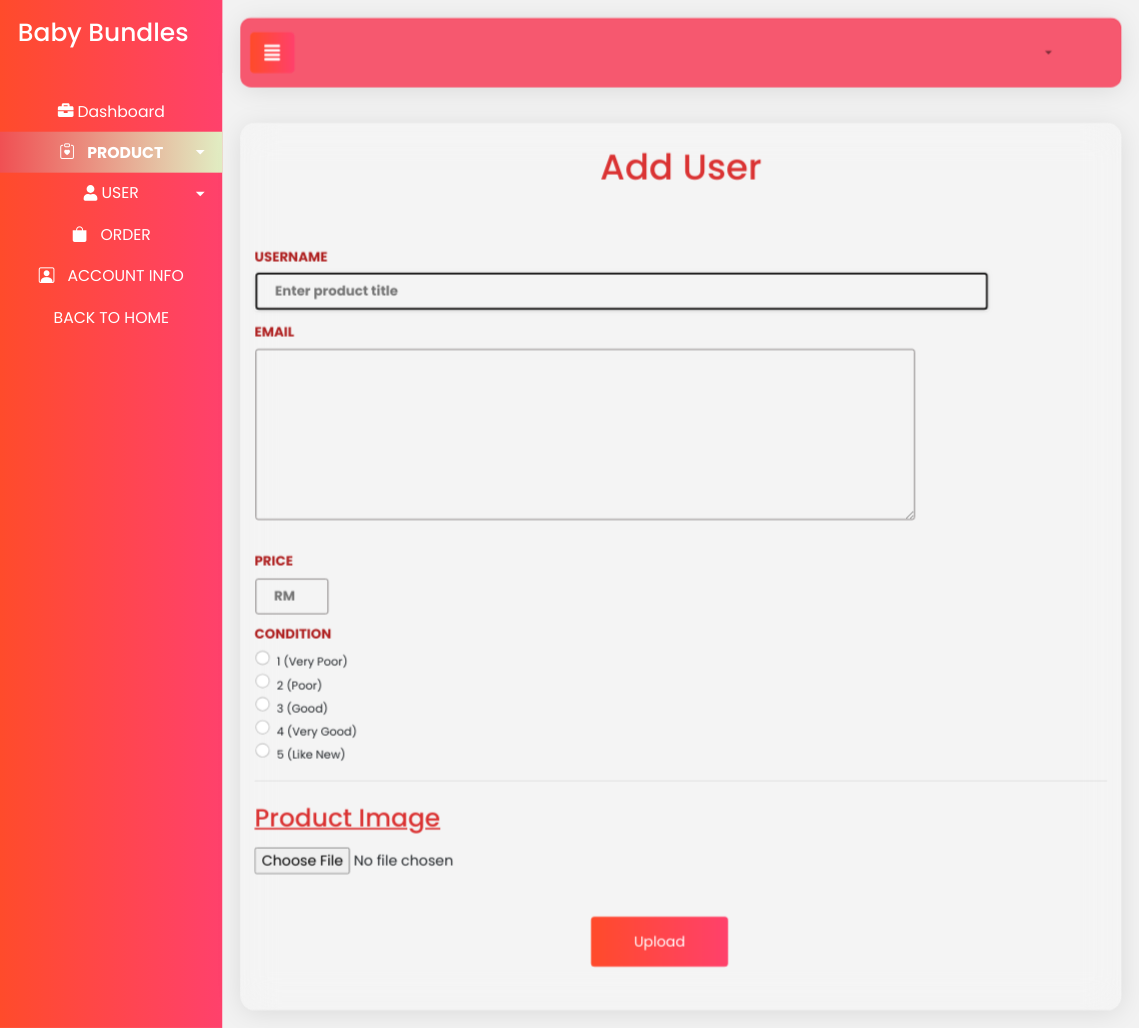
Repository: jiahow99/Baby-Bundles-University
Page: http://localhost/admin-adduser.php
The author's editor kept a copy of each file at every save. The page is drawn from the files as they stood at one save, then again after the next save.
The browser window is 1280 px wide. The pictures show the whole page, at 89% of full size.
Some web libraries are served in a nearby version. The page is run by PHP 8.4 with error messages shown; the project is at /var/www/html/.

Above is the page before, as saved 2022-11-25 00:27:23.

### admin-adduser.php
<!DOCTYPE html>
<html>

<head>
    <meta charset="utf-8">
    <meta name="viewport" content="width=device-width, initial-scale=1.0">
    <meta http-equiv="X-UA-Compatible" content="IE=edge">

    <title>Admin-Product</title>

    <!-- Bootstrap CSS CDN -->
    <link rel="stylesheet" href="https://stackpath.bootstrapcdn.com/bootstrap/4.1.0/css/bootstrap.min.css" integrity="sha384-9gVQ4dYFwwWSjIDZnLEWnxCjeSWFphJiwGPXr1jddIhOegiu1FwO5qRGvFXOdJZ4" crossorigin="anonymous">
    <!-- Our Custom CSS -->
    <link rel="stylesheet" href="css/admin.style.css">

    <!-- Font Awesome JS -->
    <script defer src="https://use.fontawesome.com/releases/v5.0.13/js/solid.js" integrity="sha384-tzzSw1/Vo+0N5UhStP3bvwWPq+uvzCMfrN1fEFe+xBmv1C/AtVX5K0uZtmcHitFZ" crossorigin="anonymous"></script>
    <script defer src="https://use.fontawesome.com/releases/v5.0.13/js/fontawesome.js" integrity="sha384-6OIrr52G08NpOFSZdxxz1xdNSndlD4vdcf/q2myIUVO0VsqaGHJsB0RaBE01VTOY" crossorigin="anonymous"></script>
    <!-- Bootstrap Icon -->
    <link rel="stylesheet" href="https://cdn.jsdelivr.net/npm/bootstrap-icons@1.3.0/font/bootstrap-icons.css">
    <!-- JQuery -->
    <script src="https://code.jquery.com/jquery-3.5.1.min.js"></script>
    <!-- Bootstrap Icon -->
    <link rel="stylesheet" href="https://cdn.jsdelivr.net/npm/bootstrap-icons@1.9.1/font/bootstrap-icons.css" integrity="sha384-xeJqLiuOvjUBq3iGOjvSQSIlwrpqjSHXpduPd6rQpuiM3f5/ijby8pCsnbu5S81n" crossorigin="anonymous">
    <!-- JavaScript Bundle with Popper -->
    <script src="https://cdn.jsdelivr.net/npm/bootstrap@5.2.3/dist/js/bootstrap.bundle.min.js" integrity="sha384-kenU1KFdBIe4zVF0s0G1M5b4hcpxyD9F7jL+jjXkk+Q2h455rYXK/7HAuoJl+0I4" crossorigin="anonymous"></script>
    <link href="http://cdnjs.cloudflare.com/ajax/libs/font-awesome/4.3.0/css/font-awesome.css" rel="stylesheet"  type='text/css'>


</head>

<body>

    <div class="wrapper">
        <!-- Sidebar  -->
        <?php require 'admin-sidebar.php' ?>

        <!-- Page Content  -->
        <div id="content" style="background-color:#F2F2F2">
            <?php require 'admin-topnavbar.php' ?>

            <form class="container glass" id="edit-product">
                <div class="row justify-content-center mt-4 mb-3">
                   <h1 style="color:#da3333">Add User</h1>
                </div>
                <div class="row mt-5">
                    <label for="" class="name text-uppercase col-12">Username</label>
                    <input class="input--style-6 col-10 ml-3" type="text" name="title" placeholder="Enter product title" required autofocus>
                </div>

                <div class="row mb-4">
                    <label for="" class="name text-uppercase col-12">Email</label>
                    <textarea name="description" class="textarea--style-6 ml-3 col-9" id="" rows="5"></textarea>
                </div>

                <div class="row">
                    <label for="" class="name text-uppercase col-12">Price</label>
                    <input class="input--style-6 col-1 ml-3" type="text" name="title" placeholder="RM" required>
                </div>

                <div class="row">
                            <!-- Product Condition -->
                            <label for="" class="name text-uppercase col-12">Condition</label>
                                <div class="value ml-3">
                                    <div class="form-check form-check-inline">
                                        <input class="form-check-input" type="radio" name="condition" id="inlineRadio1" value="1">
                                        <label class="form-check-label small" for="inlineRadio1">1 (Very Poor)</label>
                                    </div>
                                    <div class="form-check form-check-inline">
                                        <input class="form-check-input" type="radio" name="condition" id="inlineRadio2" value="2">
                                        <label class="form-check-label small" for="inlineRadio2">2 (Poor)</label>
                                    </div>
                                    <div class="form-check form-check-inline">
                                        <input class="form-check-input" type="radio" name="condition" id="inlineRadio3" value="3">
                                        <label class="form-check-label small" for="inlineRadio3">3 (Good)</label>
                                    </div>
                                    <div class="form-check form-check-inline">
                                        <input class="form-check-input" type="radio" name="condition" id="inlineRadio4" value="4">
                                        <label class="form-check-label small" for="inlineRadio4">4 (Very Good)</label>
                                    </div>
                                    <div class="form-check form-check-inline">
                                        <input class="form-check-input" type="radio" name="condition" id="inlineRadio5" value="5">
                                        <label class="form-check-label small" for="inlineRadio5">5 (Like New)</label>
                                    </div>
                            </div>
                        </div>


                <hr>

                <h3 style="color:#da3333;text-decoration: underline;" class="mb-3 mt-4">Product Image</h3>
                <input type="file" name="image" id="">

                <div class="row justify-content-center my-5 ">
                    <button class="btn btn-primary px-5 py-3 mr-5" type="submit">Upload</button>
                </div>

            </form>
    </div>

    <!-- Popper.JS -->
    <script src="https://cdnjs.cloudflare.com/ajax/libs/popper.js/1.14.0/umd/popper.min.js" integrity="sha384-cs/chFZiN24E4KMATLdqdvsezGxaGsi4hLGOzlXwp5UZB1LY//20VyM2taTB4QvJ" crossorigin="anonymous"></script>
    <!-- Bootstrap JS -->
    <script src="https://stackpath.bootstrapcdn.com/bootstrap/4.1.0/js/bootstrap.min.js" integrity="sha384-uefMccjFJAIv6A+rW+L4AHf99KvxDjWSu1z9VI8SKNVmz4sk7buKt/6v9KI65qnm" crossorigin="anonymous"></script>

    <script type="text/javascript">
        $(document).ready(function () {
            $('#sidebarCollapse').on('click', function () {
                $('#sidebar').toggleClass('active');
                $('#dashboardlabel').toggleClass('d-none');
                $('#userlabel').toggleClass('d-none');
                $('#productlabel').toggleClass('d-none');
                $('#orderlabel').toggleClass('d-none');
                $('#accountlabel').toggleClass('d-none');
                $('#logoutlabel').toggleClass('d-none');
            });
        });
    </script>
</body>

</html>

### admin-topnavbar.php
<nav class="navbar navbar-expand-lg navbar-light bg-admin">
    <div class="container-fluid pl-0">

        <button type="button" id="sidebarCollapse" class="btn-lg btn-primary">
            <i class="fas fa-align-justify"></i>
            <!-- <span>Toggle Sidebar</span> -->
        </button>
        <button class="btn btn-dark d-inline-block d-lg-none ml-auto" type="button" data-toggle="collapse" data-target="#navbarSupportedContent" aria-controls="navbarSupportedContent" aria-expanded="false" aria-label="Toggle navigation">
            <i class="fas fa-align-justify"></i>
        </button>

        <div class="collapse navbar-collapse" id="navbarSupportedContent">
            <ul class="nav navbar-nav ml-auto">
                <li class="nav-item dropdown mx-lg-3 col-2 col-lg-1" >
                    <a href="#" class="nav-link dropdown-toggle user-account text-black" id="userDropdownMenuLink" data-bs-toggle="dropdown" aria-haspopup="true" aria-expanded="false">
                    <?php
                    // Username
                    if(isset($_COOKIE['username'])){
                        echo $_COOKIE['username'];
                    }
                    ?>
                    </a>
                    <div class="dropdown-menu text-sm " aria-labelledby="userDropdownMenuLink">
                        <a href="account-info.php" class="dropdown-item">Account</a>
                        <a href="index.php" class="dropdown-item">Back to home</a>
                        <a href="logout.php" class="dropdown-item">Logout</a>
                    </div>
                </li>
            </ul>
        </div>
    </div>
</nav>

### css/admin.style.css
/*
    DEMO STYLE
*/

@import "https://fonts.googleapis.com/css?family=Poppins:300,400,500,600,700";

body {
    font-family: 'Poppins', sans-serif;
    background: #fafafa;
}

p {
    font-family: 'Poppins', sans-serif;
    font-size: 1.1em;
    font-weight: 300;
    line-height: 1.7em;
    color: #999;
}

a,
a:hover,
a:focus {
    color: inherit;
    text-decoration: none;
    transition: all 0.3s;
}

.navbar {
    padding: 15px 10px;
    background: #fff;
    border: none;
    border-radius: 0;
    margin-bottom: 40px;
    box-shadow: 1px 1px 3px rgba(0, 0, 0, 0.1);
}

.navbar-btn {
    box-shadow: none;
    outline: none !important;
    border: none;
}

.line {
    width: 100%;
    height: 1px;
    border-bottom: 1px dashed #ddd;
    margin: 40px 0;
}

i,
span {
    display: inline-block;
}

/* ---------------------------------------------------
    SIDEBAR STYLE
----------------------------------------------------- */

.wrapper {
    display: flex;
    align-items: stretch;
}

#sidebar {
    min-width: 250px;
    max-width: 250px;
    background: #FF416C;  /* fallback for old browsers */
    background: -webkit-linear-gradient(to right, #FF4B2B, #FF416C);  /* Chrome 10-25, Safari 5.1-6 */
    background: linear-gradient(to right, #FF4B2B, #FF416C); /* W3C, IE 10+/ Edge, Firefox 16+, Chrome 26+, Opera 12+, Safari 7+ */
    color: #fff;
    transition: all 0.3s;
}

#sidebar.active {
    min-width: 80px;
    max-width: 80px;
    text-align: center;
}

#sidebar.active .sidebar-header h3,
#sidebar.active .CTAs {
    display: none;
}

#sidebar.active .sidebar-header strong {
    display: block;
}

#sidebar ul li a {
    text-align: left;
}

#sidebar.active ul li a {
    padding: 20px 10px;
    text-align: center;
    font-size: 0.85em;
}

#sidebar.active ul li a i {
    margin-right: 0;
    display: block;
    font-size: 1.8em;
    margin-bottom: 5px;
}

#sidebar.active ul ul a {
    padding: 10px !important;
}

#sidebar.active .dropdown-toggle::after {
    top: auto;
    bottom: 10px;
    right: 50%;
    -webkit-transform: translateX(50%);
    -ms-transform: translateX(50%);
    transform: translateX(50%);
}

#sidebar .sidebar-header {
    padding: 20px;
    background: #FF416C;  /* fallback for old browsers */
    background: -webkit-linear-gradient(to right, #FF4B2B, #FF416C);  /* Chrome 10-25, Safari 5.1-6 */
    background: linear-gradient(to right, #FF4B2B, #FF416C); /* W3C, IE 10+/ Edge, Firefox 16+, Chrome 26+, Opera 12+, Safari 7+ */
}

#sidebar .sidebar-header strong {
    display: none;
    font-size: 1.8em;
}

#sidebar ul.components {
    padding: 20px 0;
}

#sidebar ul li a {
    padding: 10px;
    font-size: 1.1em;
    display: block;
    text-align: center;
}

#sidebar ul li a:hover {
    color: #dc1522;
    background: #fff;
    font-weight: bolder;
}

#sidebar ul li a i {
    margin-right: 10px;
}

#sidebar ul li.active>a,
a[aria-expanded="true"] {
    color: #fff;
    background: #e1eec3;  /* fallback for old browsers */
    background: -webkit-linear-gradient(to right, #f05053, #e1eec3);  /* Chrome 10-25, Safari 5.1-6 */
    background: linear-gradient(to right, #f05053, #e1eec3); /* W3C, IE 10+/ Edge, Firefox 16+, Chrome 26+, Opera 12+, Safari 7+ */
    font-weight: bolder;
}

a[data-toggle="collapse"] {
    position: relative;
}

.dropdown-toggle::after {
    display: block;
    position: absolute;
    top: 50%;
    right: 20px;
    transform: translateY(-50%);
}

ul ul a {
    font-size: 0.9em !important;
    padding-left: 30px !important;
    background: #6d7fcc;
}

ul.CTAs {
    padding: 20px;
}

ul.CTAs a {
    text-align: center;
    font-size: 0.9em !important;
    display: block;
    border-radius: 5px;
    margin-bottom: 5px;
}

a.download {
    background: #fff;
    color: #7386D5;
}

a.article,
a.article:hover {
    background: #6d7fcc !important;
    color: #fff !important;
}

/* ---------------------------------------------------
    CONTENT STYLE
----------------------------------------------------- */

#content {
    width: 100%;
    padding: 20px;
    min-height: 100vh;
    transition: all 0.3s;
}

/* ---------------------------------------------------
    MEDIAQUERIES
----------------------------------------------------- */

@media (max-width: 768px) {
    #sidebar {
        min-width: 80px;
        max-width: 80px;
        text-align: center;
        margin-left: -80px !important;
    }
    .dropdown-toggle::after {
        top: auto;
        bottom: 10px;
        right: 50%;
        -webkit-transform: translateX(50%);
        -ms-transform: translateX(50%);
        transform: translateX(50%);
    }
    #sidebar.active {
        margin-left: 0 !important;
    }
    #sidebar .sidebar-header h3,
    #sidebar .CTAs {
        display: none;
    }
    #sidebar .sidebar-header strong {
        display: block;
    }
    #sidebar ul li a {
        padding: 20px 10px;
    }
    #sidebar ul li a span {
        font-size: 0.85em;
    }
    #sidebar ul li a i {
        margin-right: 0;
        display: block;
    }
    #sidebar ul ul a {
        padding: 10px !important;
    }
    #sidebar ul li a i {
        font-size: 1.3em;
    }
    #sidebar {
        margin-left: 0;
    }
    #sidebarCollapse span {
        display: none;
    }
}

#homeSubmenu li a,#pageSubmenu li a{
    background: #ED213A;  /* fallback for old browsers */
    background: -webkit-linear-gradient(to right, #93291E, #ED213A);  /* Chrome 10-25, Safari 5.1-6 */
    background: linear-gradient(to right, #93291E, #ED213A); /* W3C, IE 10+/ Edge, Firefox 16+, Chrome 26+, Opera 12+, Safari 7+ */



}

.btn-primary{
    background: #FF416C;  /* fallback for old browsers */
    background: -webkit-linear-gradient(to right, #FF4B2B, #FF416C);  /* Chrome 10-25, Safari 5.1-6 */
    background: linear-gradient(to right, #FF4B2B, #FF416C); /* W3C, IE 10+/ Edge, Firefox 16+, Chrome 26+, Opera 12+, Safari 7+ */
    border: 0;
    cursor: pointer;
}

.glass{
/* From https://css.glass */
background: rgba(255, 255, 255, 0.18);
border-radius: 16px;
box-shadow: 0 4px 30px rgba(0, 0, 0, 0.1);
backdrop-filter: blur(20px);
-webkit-backdrop-filter: blur(20px);
border: 1px solid rgba(255, 255, 255, 0.13);
}

.input--style-6, .textarea--style-6 {
    background: transparent;
    line-height: 38px;
    border: 1px solid #7b7676;
    -webkit-border-radius: 3px;
    -moz-border-radius: 3px;
    border-radius: 3px;
    color: #666;
    font-size: 15px;
    font-weight: bold;
    -webkit-transition: all 0.4s ease;
    -o-transition: all 0.4s ease;
    -moz-transition: all 0.4s ease;
    transition: all 0.4s ease;
    padding: 0 20px;
}

.input--style-6:focus,
.textarea--style-6:focus {
  -webkit-box-shadow: 0px 1px 5px 0px rgba(0, 0, 0, 0.15);
  -moz-box-shadow: 0px 1px 5px 0px rgba(0, 0, 0, 0.15);
  box-shadow: 0px 1px 5px 0px rgba(0, 0, 0, 0.15);
  -webkit-transform: translateY(-3px);
  -moz-transform: translateY(-3px);
  -ms-transform: translateY(-3px);
  -o-transform: translateY(-3px);
  transform: translateY(-3px);
  border: 2px solid #7b7676;

}

.name{
    width: 188px;
  color: rgb(175, 33, 33);
  font-size: 15px;
  font-weight: 700;
  margin-top: 11px;
  font-family: "Poppins", sans-serif;
}

.form-check {
    display: block;
    min-height: 1.5rem;
    padding-left: 1.5em;
    margin-bottom: 0.125rem;
}

.form-check .form-check-input {
float: left;
margin-left: -1.5em;
}

.form-check-input {
width: 1em;
height: 1em;
margin-top: 0.25em;
vertical-align: top;
background-color: #fff;
background-repeat: no-repeat;
background-position: center;
background-size: contain;
border: 1px solid rgba(0, 0, 0, 0.25);
-webkit-appearance: none;
-moz-appearance: none;
appearance: none;
-webkit-print-color-adjust: exact;
color-adjust: exact;
}

.form-check-input[type="checkbox"] {
border-radius: 0.25em;
}

.form-check-input[type="radio"] {
border-radius: 50%;
}

.form-check-input:active {
filter: brightness(90%);
}

.form-check-input:focus {
border-color: #ed9999;
outline: 0;
box-shadow: 0 0 0 0.25rem rgba(218, 51, 51, 0.25);
}

.form-check-input:checked {
background-color: #da3333;
border-color: #da3333;
}

.form-check-input:checked[type="checkbox"] {
background-image: url("data:[embedded picture, 214 characters]");
}

.form-check-input:checked[type="radio"] {
background-image: url("data:[embedded picture, 126 characters]");
}

.form-check-input[type="checkbox"]:indeterminate {
background-color: #da3333;
border-color: #da3333;
background-image: url("data:[embedded picture, 208 characters]");
}

.form-check-input:disabled {
pointer-events: none;
filter: none;
opacity: 0.5;
}

.form-check-input[disabled] ~ .form-check-label, .form-check-input:disabled ~ .form-check-label {
opacity: 0.5;
}

.form-switch {
padding-left: 2.5em;
}

.form-switch .form-check-input {
width: 2em;
margin-left: -2.5em;
background-image: url("data:[embedded picture, 143 characters]");
background-position: left center;
border-radius: 2em;
transition: background-position 0.15s ease-in-out;
}

.user{
    color: black;
    font-weight: bold;
}

.user-row{
    border: 1px solid black;
}

.bg-admin{
    /* From https://css.glass */
background: rgba(248, 40, 70, 0.76);
border-radius: 12px;
box-shadow: 0 4px 30px rgba(0, 0, 0, 0.1);
backdrop-filter: blur(6.9px);
-webkit-backdrop-filter: blur(6.9px);
border: 1px solid rgba(248, 40, 70, 0.3);
}

Loaded but not shown: admin-sidebar.php (96 lines, source omitted)

After the next save:
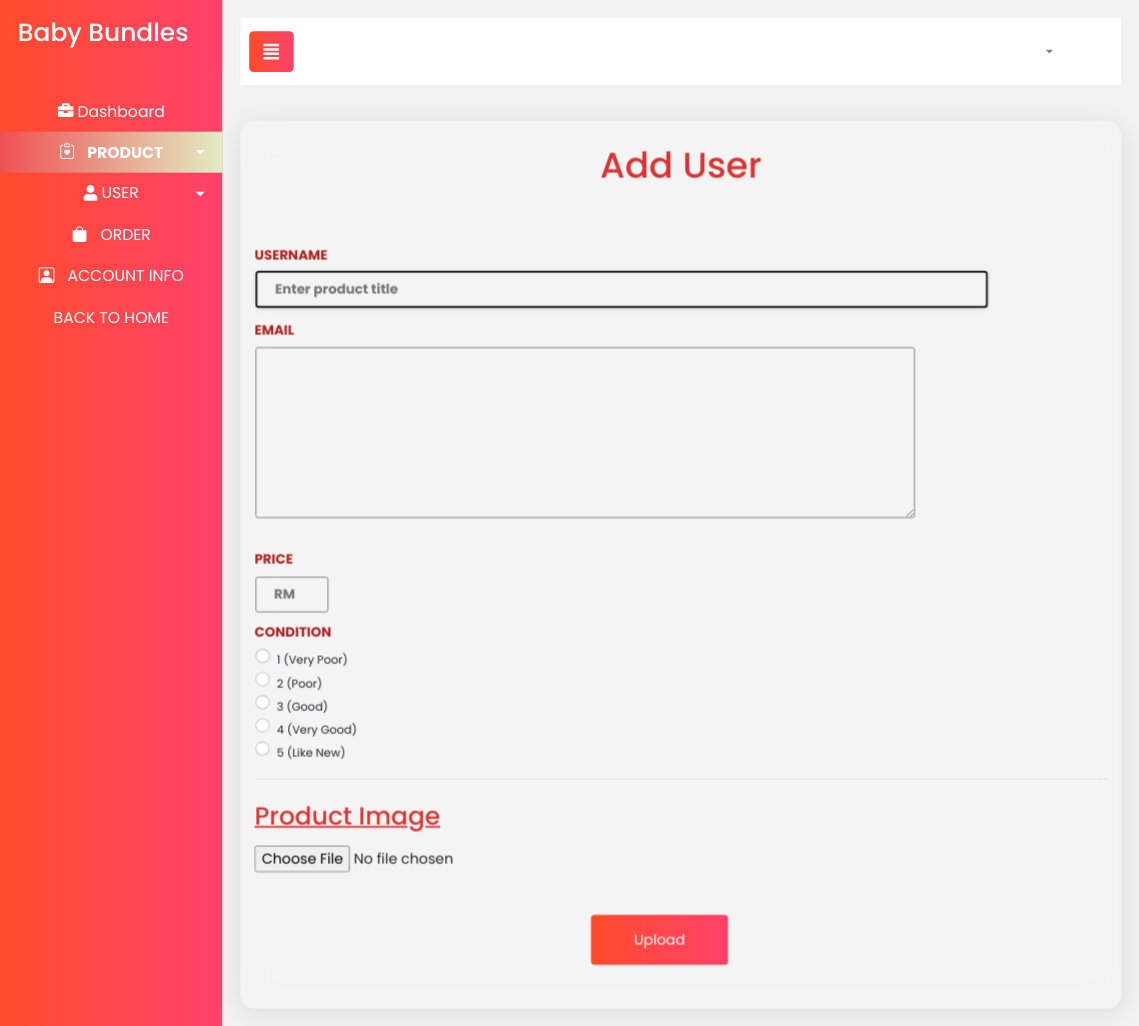
Saved 34 s later.
--- a/css/admin.style.css
+++ b/css/admin.style.css
@@ -429,11 +429,5 @@
 }
 
 .bg-admin{
-    /* From https://css.glass */
-background: rgba(248, 40, 70, 0.76);
-border-radius: 12px;
-box-shadow: 0 4px 30px rgba(0, 0, 0, 0.1);
-backdrop-filter: blur(6.9px);
--webkit-backdrop-filter: blur(6.9px);
-border: 1px solid rgba(248, 40, 70, 0.3);
-}
+    background-image: linear-gradient(toright, #fc5c7d, #6a82fb);
+}

After the save that followed:
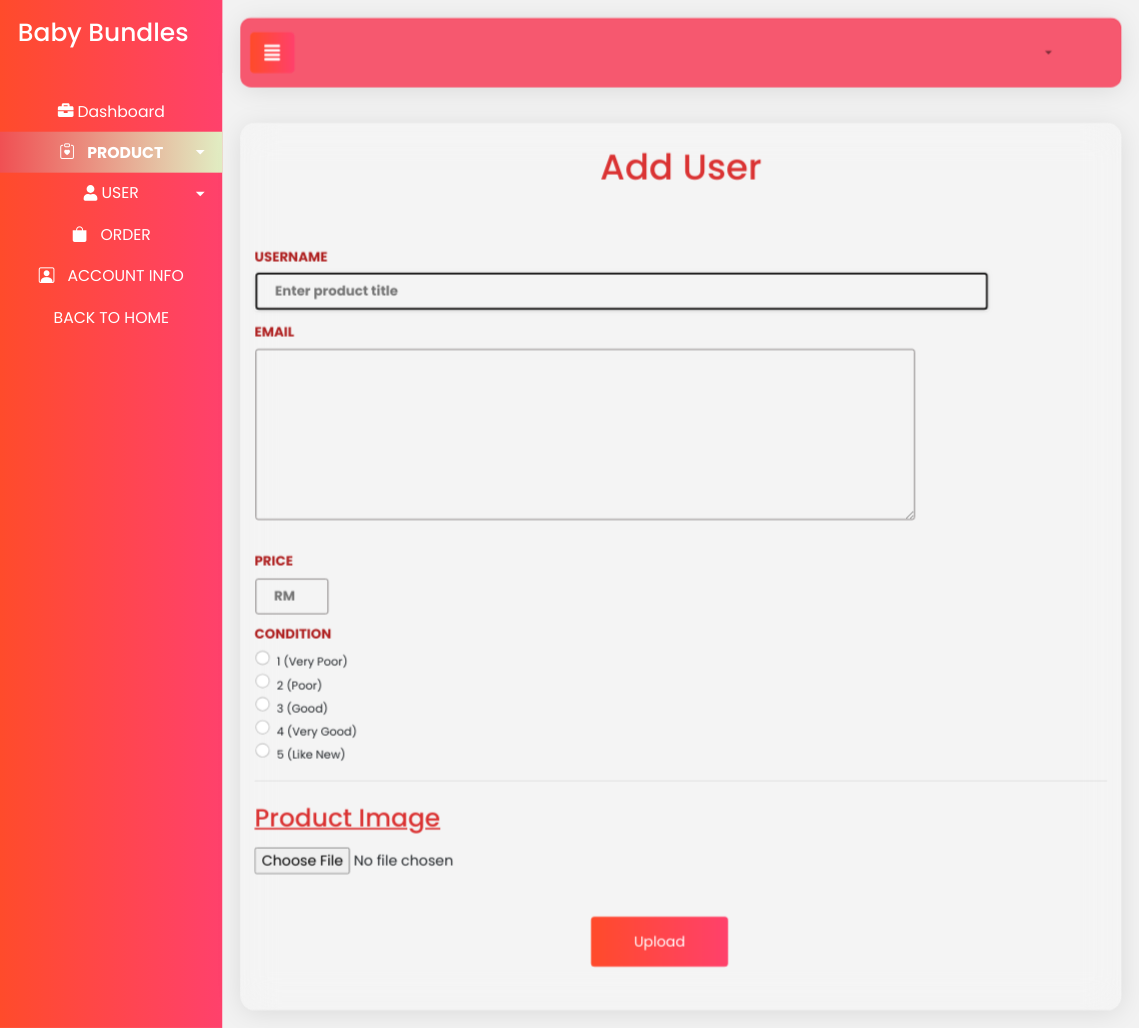
Saved 19 s later.
--- a/css/admin.style.css
+++ b/css/admin.style.css
@@ -429,5 +429,11 @@
 }
 
 .bg-admin{
-    background-image: linear-gradient(toright, #fc5c7d, #6a82fb);
-}
+    /* From https://css.glass */
+background: rgba(248, 40, 70, 0.76);
+border-radius: 12px;
+box-shadow: 0 4px 30px rgba(0, 0, 0, 0.1);
+backdrop-filter: blur(6.9px);
+-webkit-backdrop-filter: blur(6.9px);
+border: 1px solid rgba(248, 40, 70, 0.3);
+}
